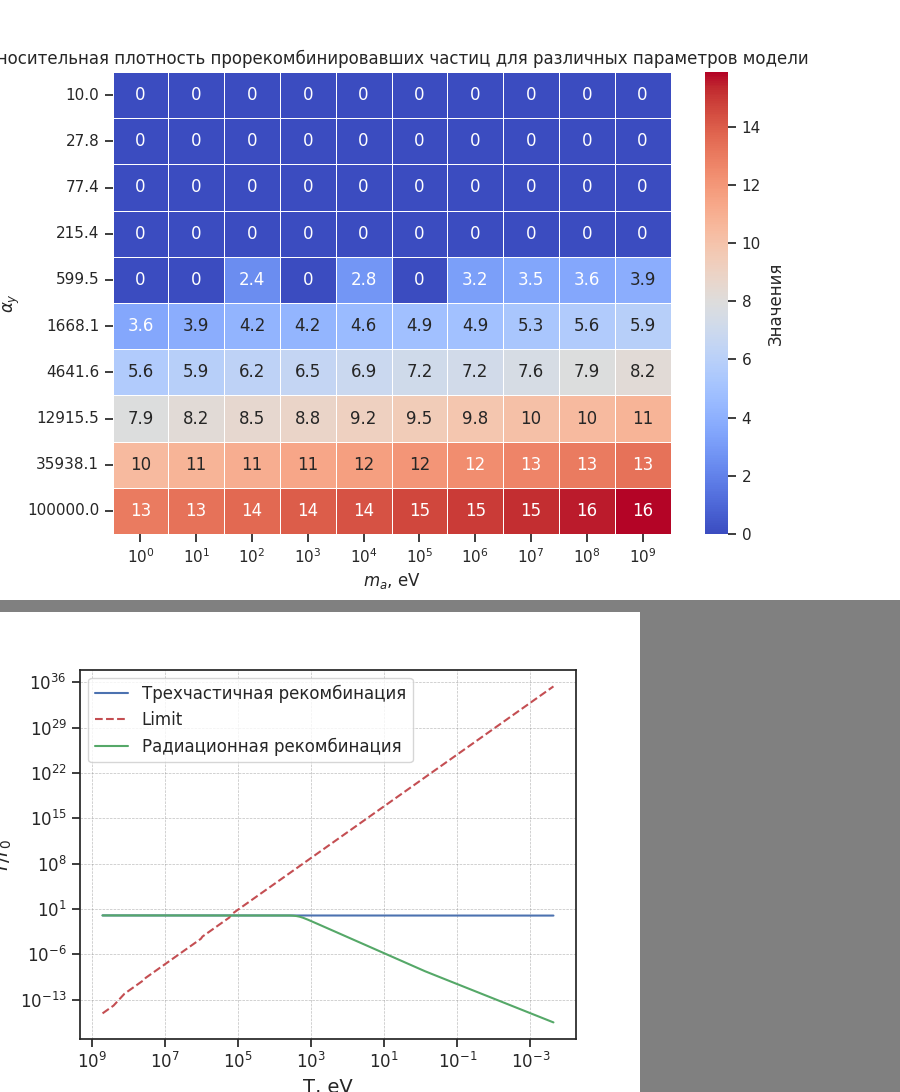
Repository: impermast/recombination
Script's output: python raschet/rec.py
An editor plug-in stored every save of this project. The script's output is shown before and after the next save, followed by the edit.
Each picture stacks the figures in order, with grey between them; figures that are only written to a file come last. Random numbers start from a fixed seed.

Above is the script's output before, as saved 2023-05-13 22:13:47.

After the next save:
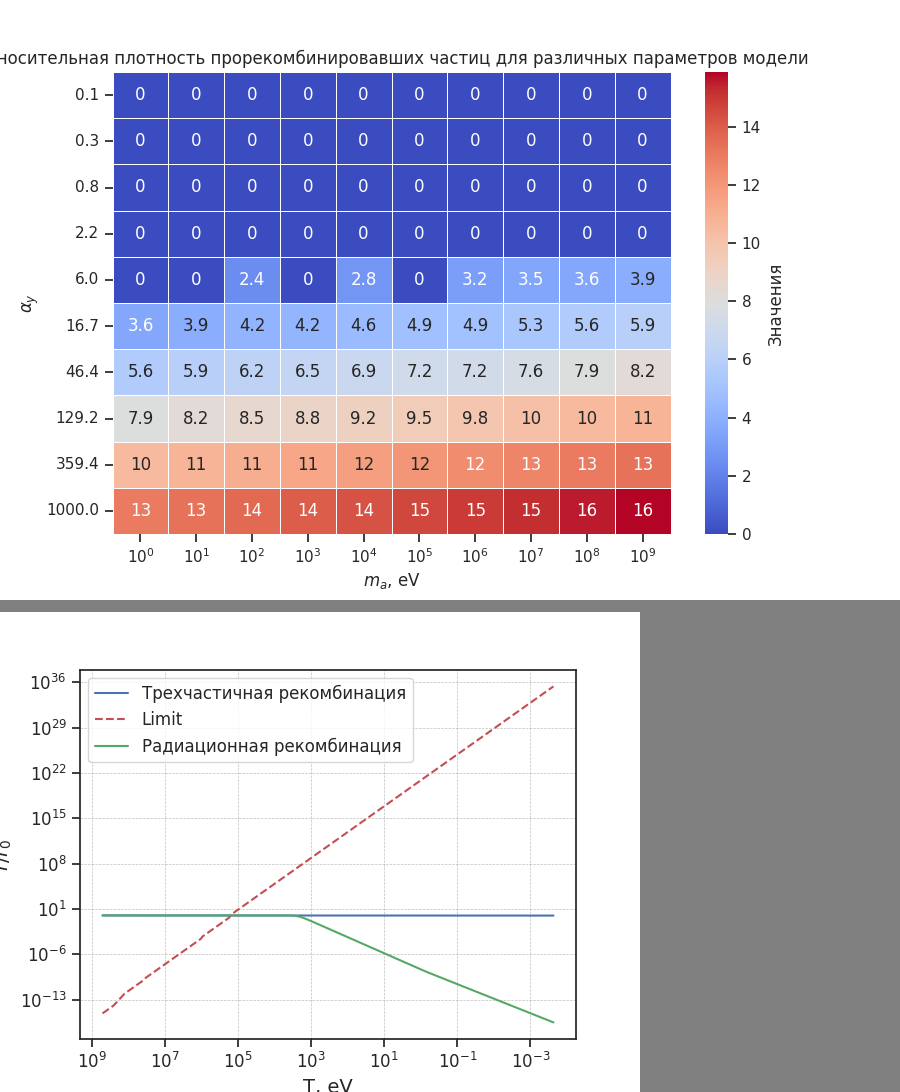
Saved 21 s later.
--- a/raschet/rec.py
+++ b/raschet/rec.py
@@ -84,7 +84,7 @@ def heatplot(df):
     sns.heatmap(df, annot=True, linewidths=.5, ax=ax, cmap='coolwarm', cbar_kws={'label': 'Значения'})
     ax.set(xlabel=r'$m_a$, eV', ylabel=r'$\alpha_y$', title='Относительная плотность прорекомбинировавших частиц для различных параметров модели')
     ax.xaxis.set_major_formatter(ticker.FuncFormatter(lambda x, pos: f'$10^{{{(x-0.5):.0f}}}$'))
-    labels = ["{:0.1f}".format(float(item.get_text())*100)
+    labels = ["{:0.1f}".format(float(item.get_text()))
                 for item in ax.get_yticklabels()]
     ax.set_yticklabels(labels)
     plt.xticks(rotation=0)
